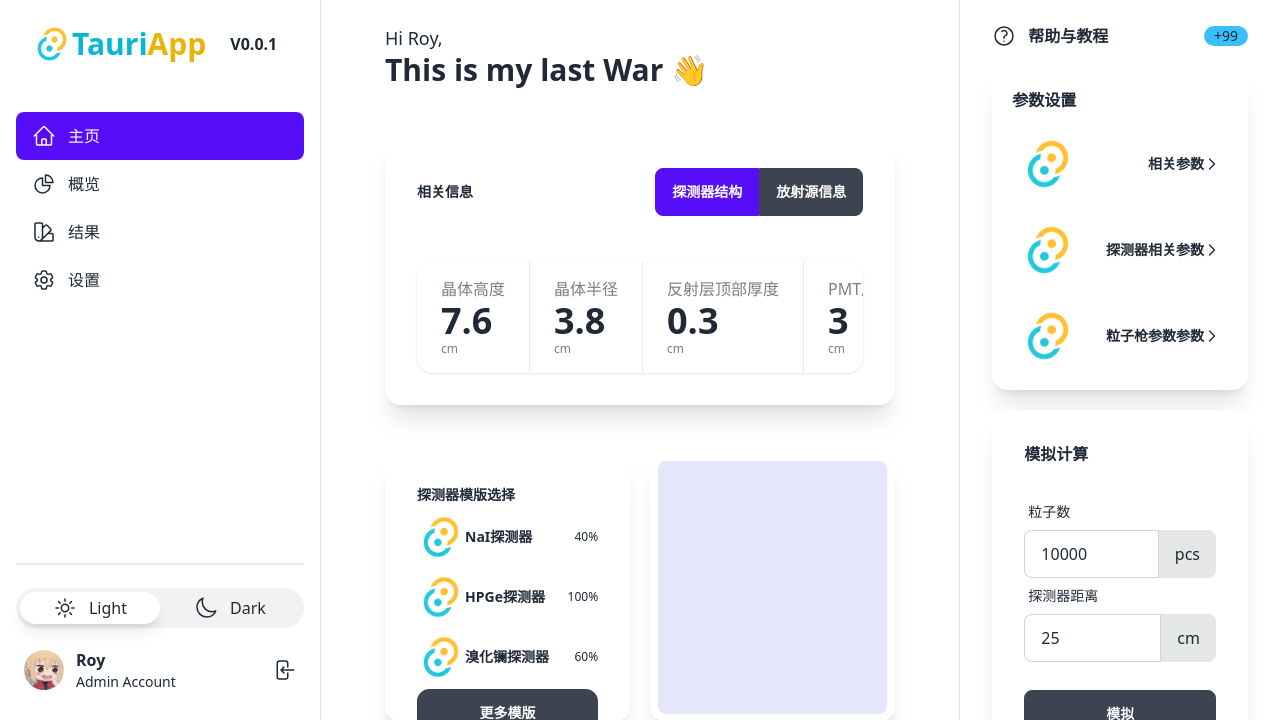
Repository: XMZOVO/tauri-geant4
Page: /
An editor plug-in stored every save of this project. The page is shown before and after a run of saves, followed by the edit.
The browser window is 1280 px wide. The pictures show the whole page.
The page's requests for data from a server got no answer. An inner scrolling area shows only its first screen. The project was rebuilt for these pictures with package versions that can differ from the ones it lists, and the page was loaded fresh each time. No one was signed in, and anything a server would have sent is missing. Also part of the build but not shown: vite.config.ts.

Above is the page before, as saved 2022-09-11 19:03:02.

After the next 2 saves:
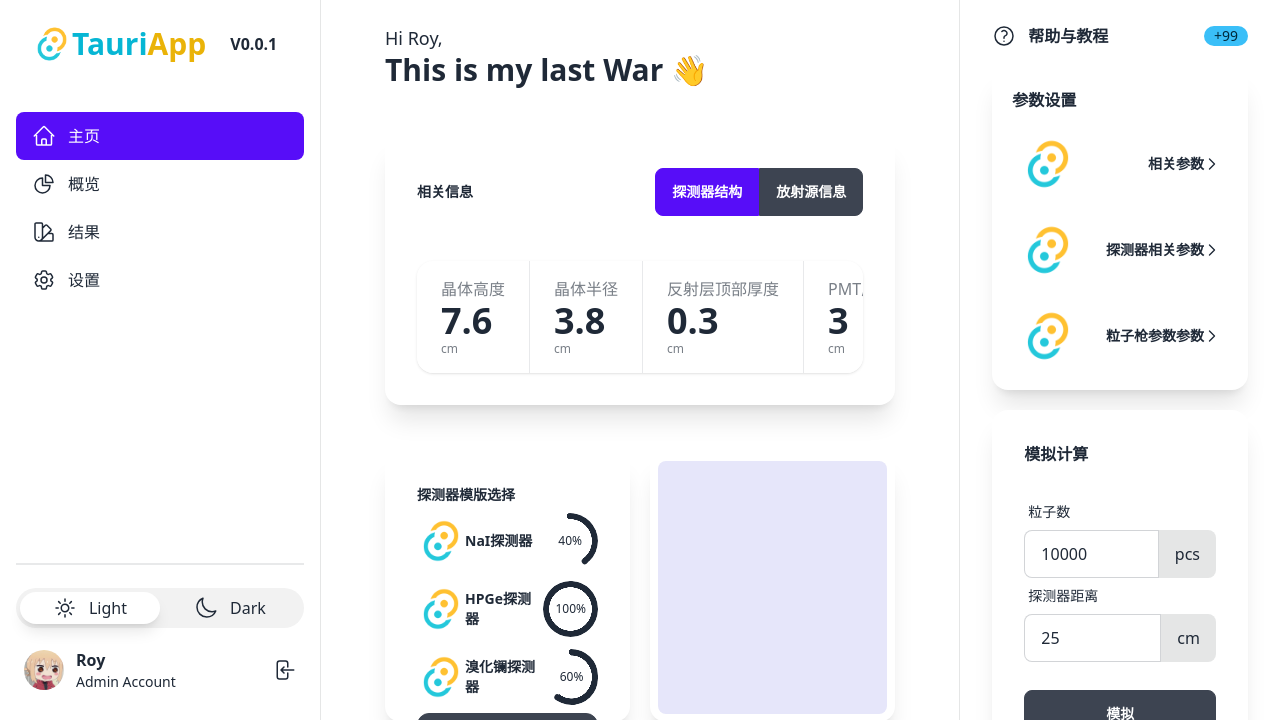
The 2 saves are shown as one change because they came seconds apart.
The last was saved 9 s later.
--- a/src/components/Home.vue
+++ b/src/components/Home.vue
@@ -187,7 +187,7 @@ const exitApp = async () => {
                 <img src="../assets/icon.png" class="h-12 w-12" />
                 <p class="text-sm font-semibold">{{ item.name }}</p>
                 <div
-                  class="'radial-progress text-primary' text-xs"
+                  class="radial-progress text-xs"
                   :style="
                     '--value: ' +
                     item.percent +
